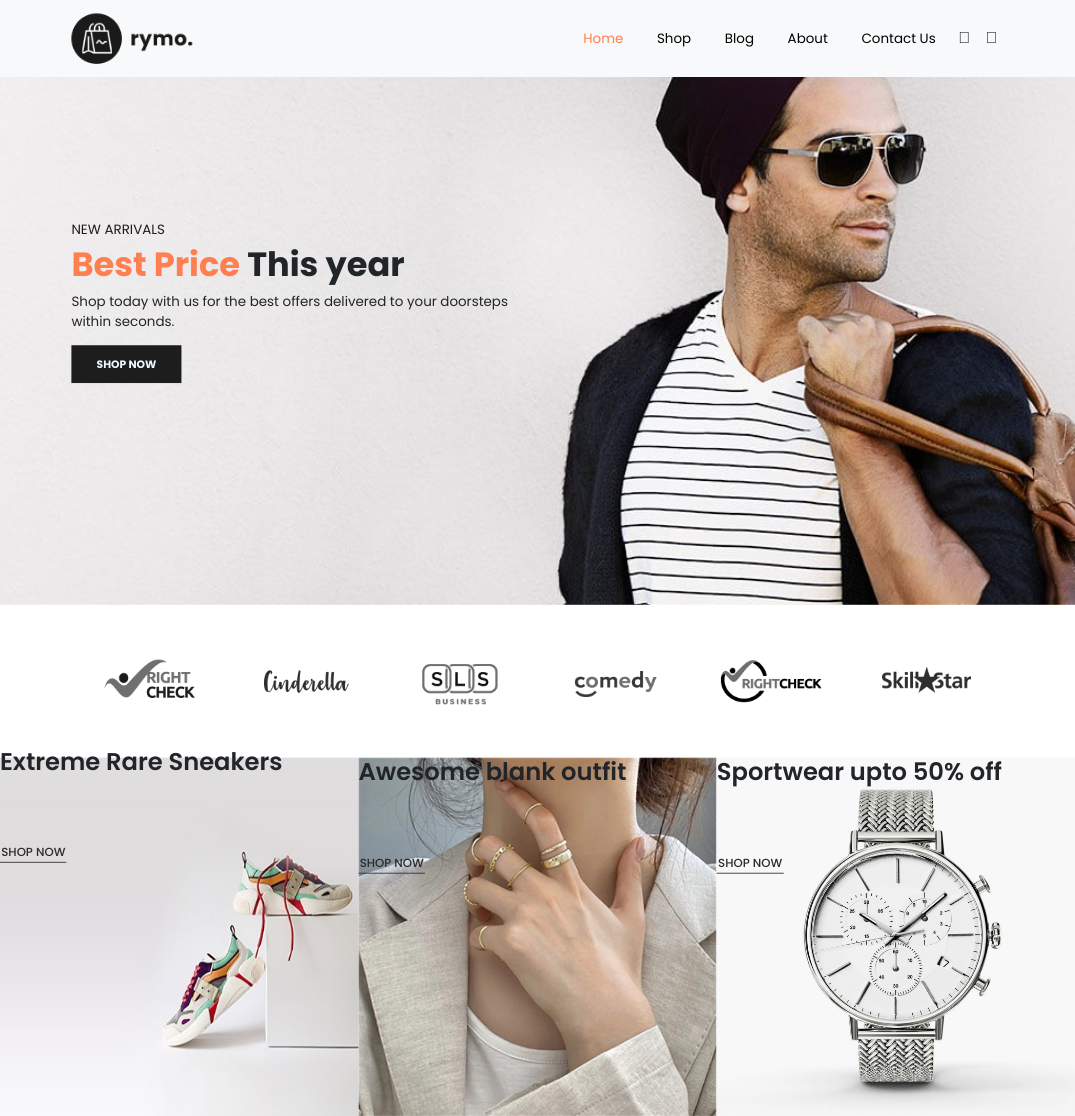
Repository: peter417waweru/e-commerce-UI
Page: index.html
The author's editor kept a copy of each file at every save. The page is drawn from the files as they stood at one save, then again after the next save.
The browser window is 1280 px wide. The pictures show the whole page, at 84% of full size.
Some web libraries are served in a nearby version.

Above is the page before, as saved 2025-02-07 21:29:14.

After the next save:
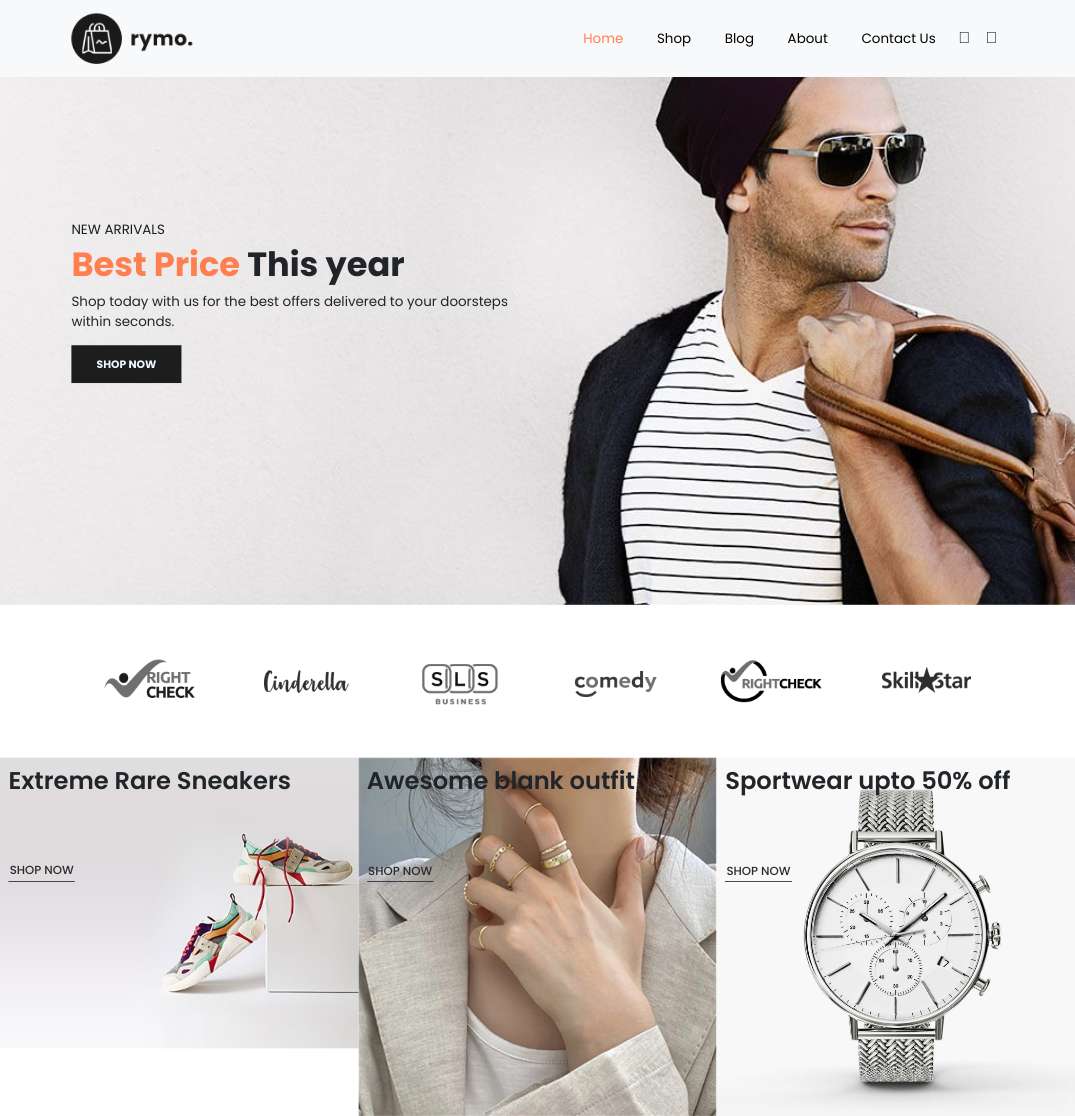
Saved 34 s later.
--- a/style.css
+++ b/style.css
@@ -156,54 +156,57 @@
   color: coral;
 }
 
-#new .one img{
+#new .one {
+  position: relative; /* ✅ Ensures .details is positioned properly */
+}
+
+#new .one img {
   width: 100%;
-  height: 100%;
+  height: auto;  /* ✅ Prevents stretching */
+  object-fit: cover; /* ✅ Ensures proper image display */
   background-position: center center;
   background-repeat: no-repeat;
   background-size: cover;
-  position: relative;
-}
-
-
-#new .one .details{
+}
+
+#new .one .details {
   position: absolute;
   width: 100%;
-  height: 10%;
+  height: auto;  /* ✅ Allows content to fit */
+  padding: 10px; /* ✅ Adds spacing */
   top: 0;
   left: 0;
   transition: 0.3s ease;
 }
 
-#new .one:hover .details{
+#new .one:hover .details {
   cursor: pointer;
   background-color: rgba(255, 178, 178, 0.8);
 }
 
-#new .one .details button{
- display: inline-block;
- font-size: 14px;
- font-weight: 500;
- color: #2a2a2a;
- background: none;
- text-transform: uppercase;
- border-bottom: 1px solid #2a2a2a;
- padding: 1.5px;
- transform: translateY(70px);
- transition: 0.3s ease;
-}
-
-#new .one .details button:hover{
+#new .one .details button {
+  display: inline-block;
+  font-size: 14px;
+  font-weight: 500;
+  color: #2a2a2a;
+  background: none;
+  text-transform: uppercase;
+  border-bottom: 1px solid #2a2a2a;
+  padding: 1.5px;
+  transform: translateY(70px);
+  transition: 0.3s ease;
+}
+
+#new .one .details button:hover {
   cursor: pointer;
   color: #fff;
   border-bottom: 1px solid #fff;
 }
 
-#new .one:nth-child(1) .details{
+#new .row .one:first-child .details {
   display: flex;
   justify-content: center;
   flex-direction: column;
   align-items: flex-start;
   text-align: start;
-
-}
+}

After the save that followed:
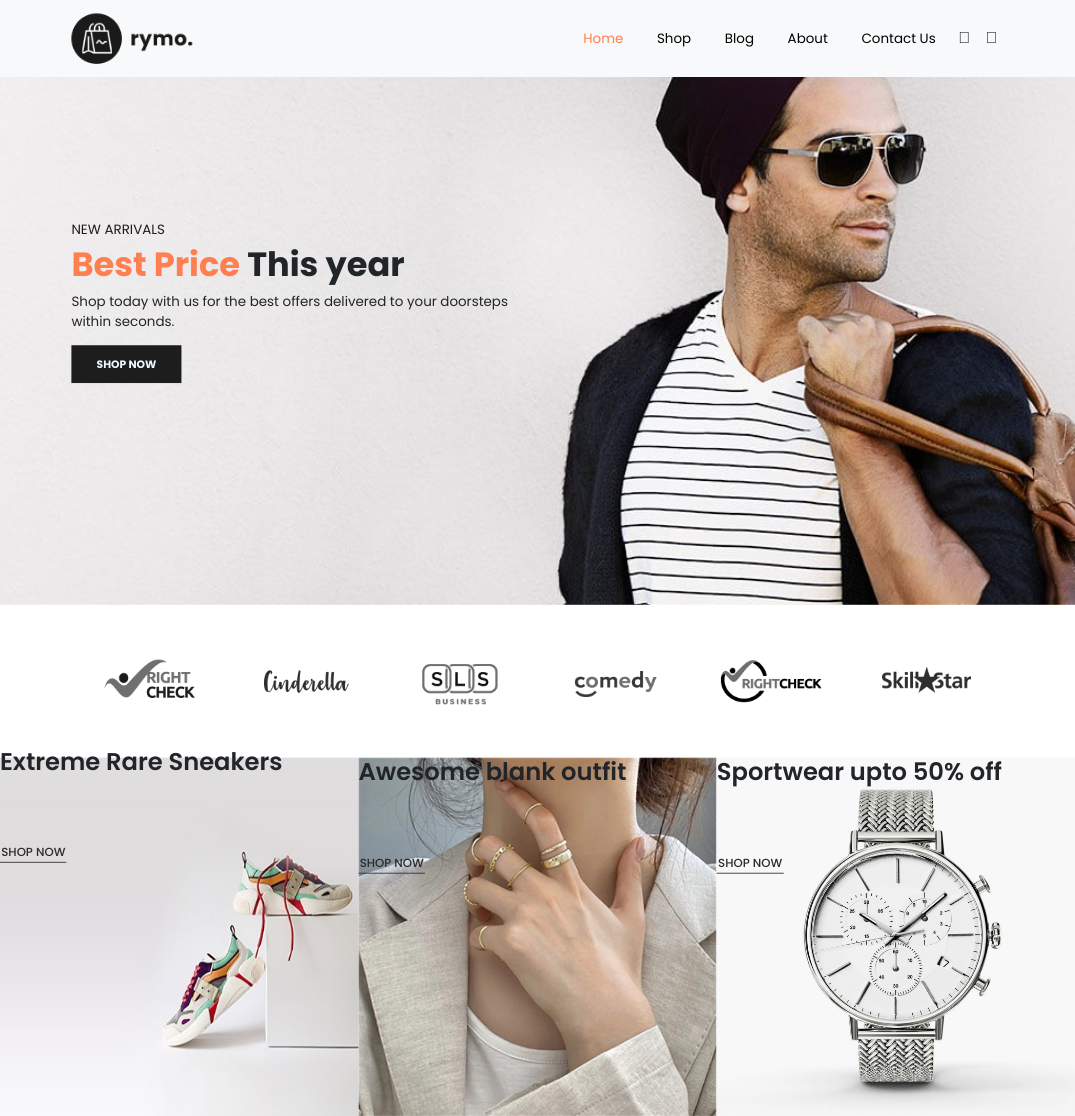
Saved 58 s later.
--- a/style.css
+++ b/style.css
@@ -156,57 +156,54 @@
   color: coral;
 }
 
-#new .one {
-  position: relative; /* ✅ Ensures .details is positioned properly */
-}
-
-#new .one img {
+#new .one img{
   width: 100%;
-  height: auto;  /* ✅ Prevents stretching */
-  object-fit: cover; /* ✅ Ensures proper image display */
+  height: 100%;
   background-position: center center;
   background-repeat: no-repeat;
   background-size: cover;
-}
-
-#new .one .details {
+  position: relative;
+}
+
+
+#new .one .details{
   position: absolute;
   width: 100%;
-  height: auto;  /* ✅ Allows content to fit */
-  padding: 10px; /* ✅ Adds spacing */
+  height: 10%;
   top: 0;
   left: 0;
   transition: 0.3s ease;
 }
 
-#new .one:hover .details {
+#new .one:hover .details{
   cursor: pointer;
   background-color: rgba(255, 178, 178, 0.8);
 }
 
-#new .one .details button {
-  display: inline-block;
-  font-size: 14px;
-  font-weight: 500;
-  color: #2a2a2a;
-  background: none;
-  text-transform: uppercase;
-  border-bottom: 1px solid #2a2a2a;
-  padding: 1.5px;
-  transform: translateY(70px);
-  transition: 0.3s ease;
-}
-
-#new .one .details button:hover {
+#new .one .details button{
+ display: inline-block;
+ font-size: 14px;
+ font-weight: 500;
+ color: #2a2a2a;
+ background: none;
+ text-transform: uppercase;
+ border-bottom: 1px solid #2a2a2a;
+ padding: 1.5px;
+ transform: translateY(70px);
+ transition: 0.3s ease;
+}
+
+#new .one .details button:hover{
   cursor: pointer;
   color: #fff;
   border-bottom: 1px solid #fff;
 }
 
-#new .row .one:first-child .details {
+#new .one:nth-child(1) .details{
   display: flex;
   justify-content: center;
   flex-direction: column;
   align-items: flex-start;
   text-align: start;
-}
+
+}
